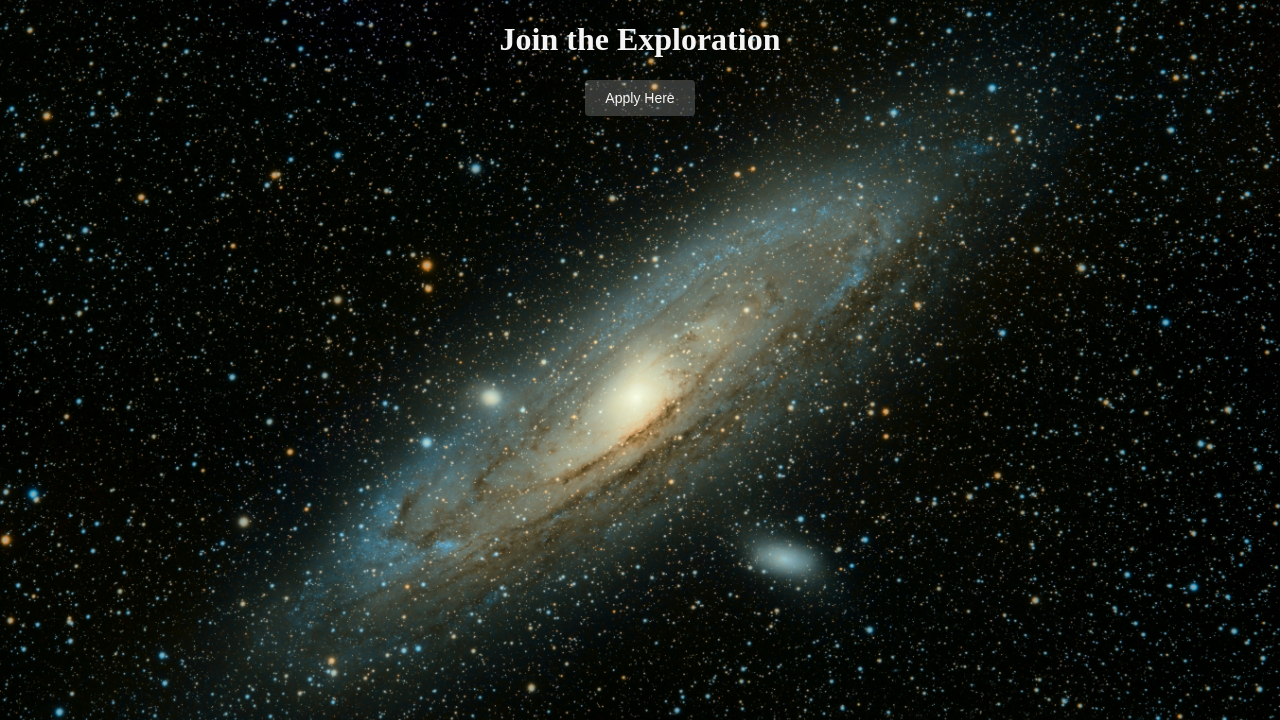
Repository: raghhavv03/html-css-practice
Page: css-task-3/index.html
An editor plug-in stored every save of this project. The page is shown before and after a run of saves, followed by the edit.
The browser window is 1280 px wide. The pictures show the whole page.

Above is the page before, as saved 2026-02-04 14:39:36.

After the next 2 saves:
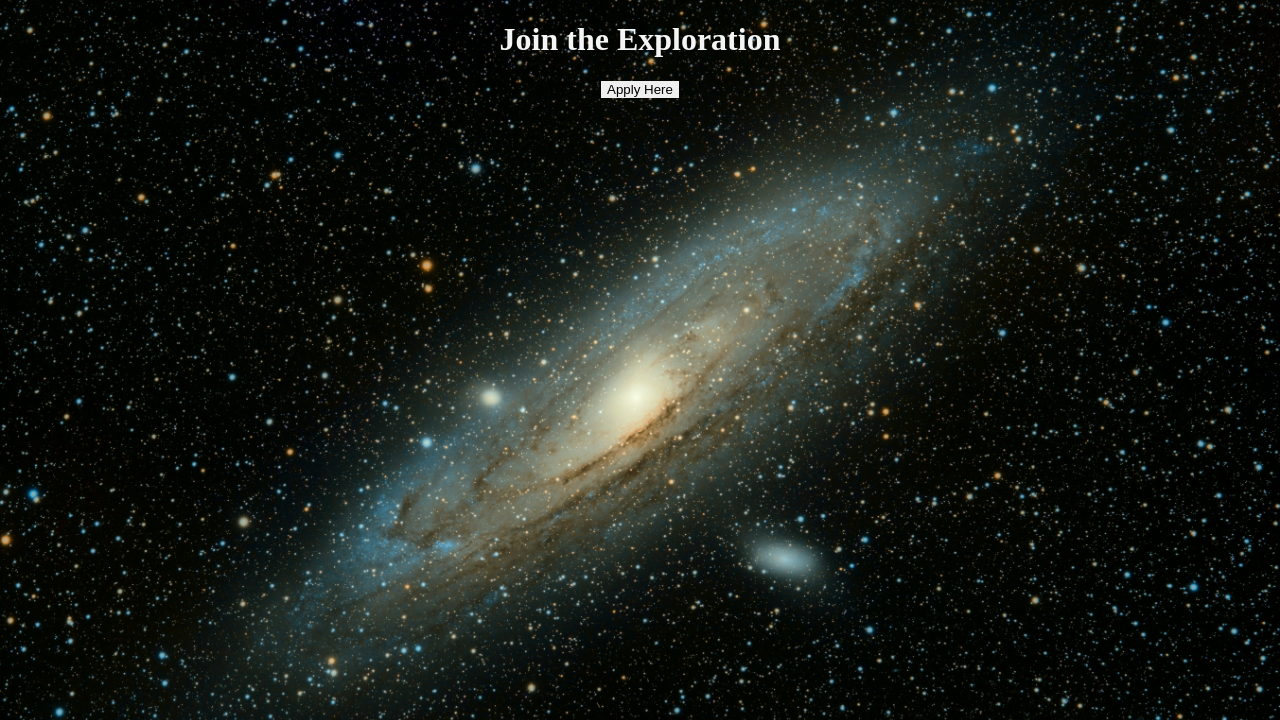
The 2 saves are shown as one change because they came seconds apart.
The last was saved 7 s later.
--- a/css-task-3/style.css
+++ b/css-task-3/style.css
@@ -8,11 +8,4 @@ body {
 
 .btn {
     border: none;
-    background-color: rgba(255, 255, 255, 0.2);
-    color: whitesmoke;
-    padding: 10px 20px;
-    border-radius: 4px;
-    font-size: 14px;
-    cursor: pointer;
-    transition: background-color 0.3s ease;
 }
